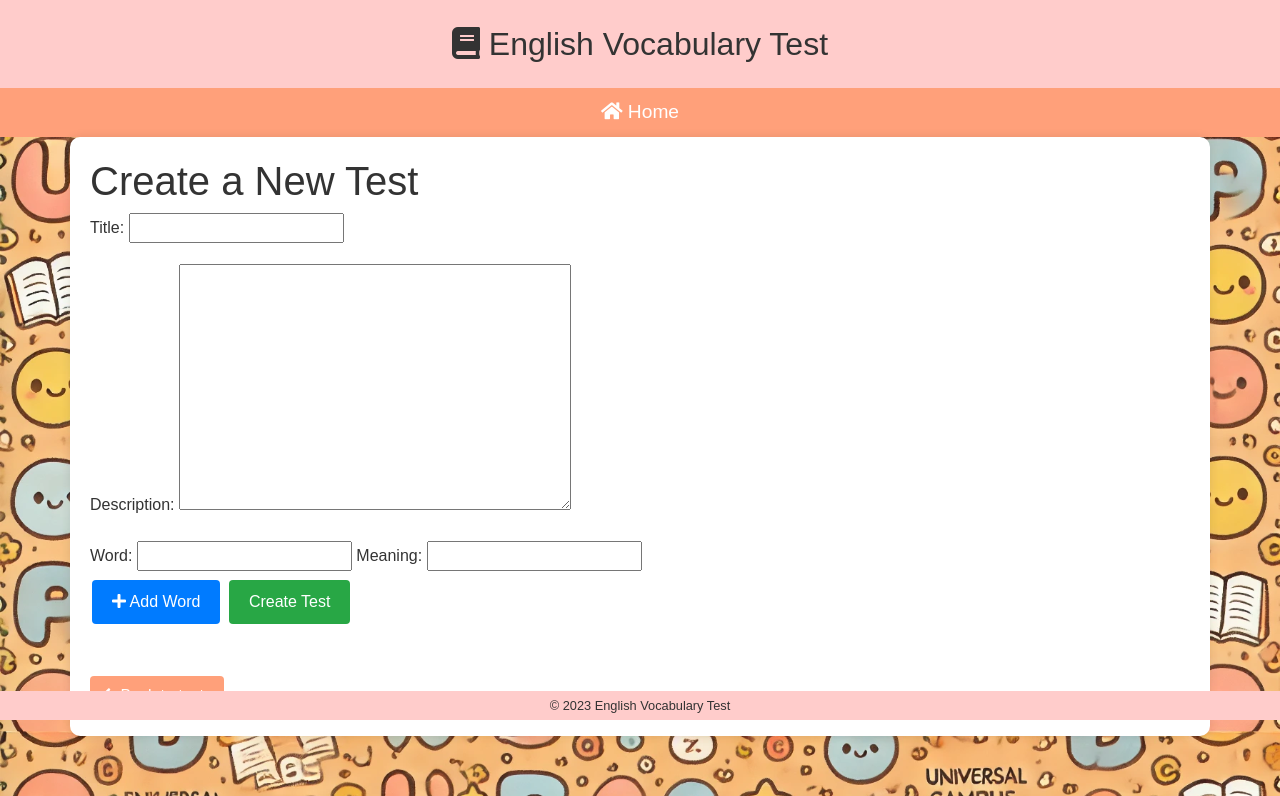
Repository: YamatoGH/testapp
Page: http://localhost/create-test/
An editor plug-in stored every save of this project. The page is shown before and after the next save, followed by the edit.
The browser window is 1280 px wide. The pictures show the whole page.
Backgrounds fixed to the window are drawn as part of the page. The page is served by the project's application, run on Django 5.2 (manage.py). Other server files are loaded and not shown.

Above is the page before, as saved 2024-08-01 14:44:40.

### testapp/templates/testapp/create_test.html
{% extends "testapp/base.html" %}

{% block title %}Create Test{% endblock %}

{% block content %}
<h1>Create a New Test</h1>
{% if messages %}
  <ul class="messages">
    {% for message in messages %}
      <li{% if message.tags %} class="{{ message.tags }}"{% endif %}>{{ message }}</li>
    {% endfor %}
  </ul>
{% endif %}
<form method="post" enctype="multipart/form-data">
    {% csrf_token %}
    {{ form.as_p }}
    <div id="word-forms">
        <input type="hidden" name="words" id="id_words">
        <div class="word-form">
            {{ word_form.word.label_tag }} {{ word_form.word }}
            {{ word_form.meaning.label_tag }} {{ word_form.meaning }}
        </div>
    </div>
    <button type="button" id="add-word" class="btn btn-add-words"><i class="fas fa-plus"></i> Add Word</button>
    <button type="submit" class="btn btn-create">Create Test</button>
</form>

<br/>
<br/>
<a href="{% url 'home' %}" class="btn btn-custom"><i class="fas fa-arrow-left"></i> Back to tests</a>

<script>
document.addEventListener('DOMContentLoaded', function() {
    console.log("DOMContentLoaded event fired");

    var formIndex = 1;
    var addButton = document.getElementById('add-word');
    var wordFormsDiv = document.getElementById('word-forms');

    addButton.addEventListener('click', function() {
        console.log("Add Word button clicked");

        var newForm = document.createElement('div');
        newForm.classList.add('word-form');
        newForm.innerHTML = `
            <label for="id_words-${formIndex}-word">Word:</label>
            <input type="text" name="words-${formIndex}-word" maxlength="100" required id="id_words-${formIndex}-word">
            <label for="id_words-${formIndex}-meaning">Meaning:</label>
            <input type="text" name="words-${formIndex}-meaning" maxlength="255" required id="id_words-${formIndex}-meaning">
            <button type="button" class="btn btn-danger remove-word"><i class="fas fa-minus"></i> Remove</button>
        `;
        wordFormsDiv.appendChild(newForm);
        formIndex++;

        newForm.querySelector('.remove-word').addEventListener('click', function() {
            newForm.remove();
        });
    });

    document.querySelector('form').addEventListener('submit', function(event) {
        console.log("Form submit event fired");

        var wordsData = [];
        document.querySelectorAll('.word-form').forEach(function(form) {
            var wordInput = form.querySelector('input[name^="words-"][name$="-word"]');
            var meaningInput = form.querySelector('input[name^="words-"][name$="-meaning"]');
            if (wordInput && meaningInput) {
                var word = wordInput.value;
                var meaning = meaningInput.value;
                if (word && meaning) {
                    wordsData.push(word + ':' + meaning);
                    console.log("Word added to wordsData:", word, meaning); // デバッグ用
                }
            }
        });
        var wordsField = document.getElementById('id_words');
        wordsField.value = wordsData.join(',');
        console.log("Words data to be submitted:", wordsField.value);
    });
});
</script>
{% endblock %}

### testapp/templates/testapp/base.html
<!DOCTYPE html>
<html>
<head>
    {% load static %}
    <title>{% block title %}English Vocabulary Test{% endblock %}</title>
    <link rel="stylesheet" href="https://stackpath.bootstrapcdn.com/bootstrap/4.3.1/css/bootstrap.min.css">
    <link rel="stylesheet" href="https://cdnjs.cloudflare.com/ajax/libs/font-awesome/5.15.3/css/all.min.css">
    <link rel="stylesheet" type="text/css" href="{% static 'testapp/css/style.css' %}">
</head>
<body>
    <header>
        <i class="fas fa-book"></i> English Vocabulary Test
    </header>
    <nav>
        <a href="{% url 'home' %}"><i class="fas fa-home"></i> Home</a>
    </nav>
    <div class="container">
        {% block content %}{% endblock %}
    </div>
    <footer>
        &copy; 2023 English Vocabulary Test
    </footer>
</body>
<script>
    document.addEventListener("DOMContentLoaded", function() {
        var coll = document.getElementsByClassName("collapsible");
        for (var i = 0; i < coll.length; i++) {
            coll[i].addEventListener("click", function() {
                this.classList.toggle("active");
                var content = this.nextElementSibling;
                if (content.style.display === "block") {
                    content.style.display = "none";
                } else {
                    content.style.display = "block";
                }
            });
        }
    });
</script>
</html>

### testapp/forms.py
from django import forms
from .models import Test, Word, Group
from .models import Student

class WordForm(forms.Form):
    word = forms.CharField(max_length=100, label='Word')
    meaning = forms.CharField(max_length=255, label='Meaning')

class TestForm(forms.ModelForm):
    class Meta:
        model = Test
        fields = ['title', 'description']
class UploadFileForm(forms.Form):
    file = forms.FileField()
    title = forms.CharField(max_length=100)
    description = forms.CharField(widget=forms.Textarea)
    group = forms.ModelChoiceField(queryset=Group.objects.all(), required=False)

class StudentForm(forms.ModelForm):
    class Meta:
        model = Student
        fields = ['name']

class StudentDetailForm(forms.ModelForm):
    class Meta:
        model = Student
        fields = ['name', 'test_group', 'current_test', 'start_index', 'last_index', 'note', 'shuffle']  # shuffleを追加

    shuffle = forms.ChoiceField(
        choices=[('yes', 'Yes'), ('no', 'No')],
        label='Shuffle words',
        initial='no',
        widget=forms.Select(),
        required=True
    )

### testapp/models.py
from django.db import models

class Word(models.Model):
    word = models.CharField(max_length=100)
    meaning = models.CharField(max_length=255)

    def __str__(self):
        return self.word

class Group(models.Model):
    name = models.CharField(max_length=100)

    def __str__(self):
        return self.name

class Test(models.Model):
    title = models.CharField(max_length=100)
    description = models.TextField()
    words = models.ManyToManyField(Word, blank=True)
    group = models.ForeignKey(Group, related_name='tests', on_delete=models.CASCADE, null=True, blank=True)
    file = models.FileField(upload_to='test_files/', null=True, blank=True)

    def __str__(self):
        return self.title

class Student(models.Model):
    name = models.CharField(max_length=100)
    test_group = models.ForeignKey('Group', on_delete=models.SET_NULL, null=True, blank=True)
    current_test = models.ForeignKey('Test', on_delete=models.SET_NULL, null=True, blank=True)
    start_index = models.IntegerField(default=0)
    last_index = models.IntegerField(default=0)
    last_saved = models.DateTimeField(auto_now=True)
    note = models.TextField(blank=True, null=True)
    shuffle = models.CharField(max_length=3, choices=[('yes', 'Yes'), ('no', 'No')], default='no')

    def __str__(self):
        return self.name

### testapp/views.py
import pandas as pd
from django.shortcuts import render, get_object_or_404, redirect
from django.contrib import messages
from .models import Test, Word, Student, Group
from .forms import TestForm, WordForm, StudentDetailForm, UploadFileForm

import csv
import io
import random

def home(request):
    groups = Group.objects.all()
    return render(request, 'testapp/home.html', {'groups': groups})

def create_test(request):
    print("create_test view called")  # デバッグ用
    if request.method == 'POST':
        print("POST request received")  # デバッグ用
        form = TestForm(request.POST, request.FILES)
        if form.is_valid():
            print("Form is valid")  # デバッグ用
            test = form.save(commit=False)
            if 'file' in request.FILES:
                test.file = request.FILES['file']
            test.save()
            print("Test saved:", test)  # デバッグ用

            # 手動で追加された単語を処理
            words_data = request.POST.get('words')
            print("Words data received:", words_data)  # デバッグ用
            if words_data:
                words_list = words_data.split(',')
                for word_pair in words_list:
                    if word_pair:
                        try:
                            word, meaning = word_pair.split(':')
                            print(f"Processing word: {word}, meaning: {meaning}")  # デバッグ用
                            word_obj, created = Word.objects.get_or_create(word=word.strip(), meaning=meaning.strip())
                            test.words.add(word_obj)
                            print(f"Added word: {word}, meaning: {meaning}")  # デバッグ用
                        except ValueError:
                            messages.error(request, f"Error processing word pair: {word_pair}")
                            print(f"Error processing word pair: {word_pair}")  # デバッグ用

            # ファイルから追加された単語を処理
            if 'file' in request.FILES:
                file = request.FILES['file']
                file_data = file.read().decode("utf-8")
                io_string = io.StringIO(file_data)
                reader = csv.reader(io_string, delimiter=',')
                for row in reader:
                    if len(row) >= 2:
                        word, meaning = row[0], row[1]
                        print(f"Processing word from file: {word}, meaning: {meaning}")  # デバッグ用
                        word_obj, created = Word.objects.get_or_create(word=word.strip(), meaning=meaning.strip())
                        test.words.add(word_obj)
                        print(f"Added word from file: {word}, meaning: {meaning}")  # デバッグ用

            return redirect('test_detail', pk=test.pk)
        else:
            messages.error(request, "Form is not valid")
            print(form.errors)  # デバッグ用
    else:
        form = TestForm()
        word_form = WordForm()
    return render(request, 'testapp/create_test.html', {'form': form, 'word_form': word_form})

def test_detail(request, pk):
    test = get_object_or_404(Test, pk=pk)
    words = test.words.all()
    return render(request, 'testapp/test_detail.html', {'test': test, 'words': words})

def all_tests(request):
    tests = Test.objects.all()
    return render(request, 'testapp/all_tests.html', {'tests': tests})

def print_test(request, pk, start_index, end_index, shuffle):
    test = get_object_or_404(Test, pk=pk)
    words = list(test.words.all())
    if shuffle == 'yes':
        random.shuffle(words)
    words = words[start_index:end_index]
    return render(request, 'testapp/print_test.html', {'test': test, 'words': words})

def print_test_with_answers(request, pk, start_index, end_index, shuffle):
    test = get_object_or_404(Test, pk=pk)
    words = list(test.words.all())
    if shuffle == 'yes':
        random.shuffle(words)
    words = words[start_index:end_index]
    return render(request, 'testapp/print_test_with_answers.html', {'test': test, 'words': words})

def add_student(request):
    if request.method == 'POST':
        form = StudentDetailForm(request.POST)
        if form.is_valid():
            form.save()
            return redirect('student_list')
        else:
            messages.error(request, "Form is not valid")
    else:
        form = StudentDetailForm()
    return render(request, 'testapp/add_student.html', {'form': form})

def student_list(request):
    students = Student.objects.all()
    return render(request, 'testapp/student_list.html', {'students': students})

def student_detail(request, pk):
    student = get_object_or_404(Student, pk=pk)
    if request.method == 'POST':
        form = StudentDetailForm(request.POST, instance=student)
        if form.is_valid():
            form.save()
            messages.success(request, '保存に成功しました。')
            if 'print' in request.POST:
                return redirect('print_test', pk=student.current_test.pk, start_index=form.cleaned_data['start_index'], end_index=form.cleaned_data['last_index'], shuffle=form.cleaned_data['shuffle'])
            else:
                return redirect('student_detail', pk=student.pk)
        else:
            messages.error(request, "Form is not valid")
            print(form.errors)  # デバッグ用
    else:
        form = StudentDetailForm(instance=student)

    return render(request, 'testapp/student_detail.html', {'form': form, 'student': student})

def group_tests(request, pk):
    group = get_object_or_404(Group, pk=pk)
    tests = group.tests.all()
    return render(request, 'testapp/group_tests.html', {'group': group, 'tests': tests})

def handle_uploaded_file(f):
    if f.name.endswith('.csv'):
        df = pd.read_csv(f)
    elif f.name.endswith('.xlsx'):
        df = pd.read_excel(f)
    else:
        raise ValueError("Unsupported file format")
    return df

def create_test_from_file(request):
    if request.method == 'POST':
        form = UploadFileForm(request.POST, request.FILES)
        if form.is_valid():
            df = handle_uploaded_file(request.FILES['file'])
            title = form.cleaned_data['title']
            description = form.cleaned_data['description']
            group = form.cleaned_data['group']
            test = Test.objects.create(title=title, description=description, group=group)

            for _, row in df.iterrows():
                word, created = Word.objects.get_or_create(word=row['word'], defaults={'meaning': row['meaning']})
                test.words.add(word)

            return redirect('quiz:home')
    else:
        form = UploadFileForm()
    return render(request, 'quiz/create_test_from_file.html', {'form': form})

### vocab_test/urls.py
"""
URL configuration for vocab_test project.

The `urlpatterns` list routes URLs to views. For more information please see:
    https://docs.djangoproject.com/en/5.0/topics/http/urls/
Examples:
Function views
    1. Add an import:  from my_app import views
    2. Add a URL to urlpatterns:  path('', views.home, name='home')
Class-based views
    1. Add an import:  from other_app.views import Home
    2. Add a URL to urlpatterns:  path('', Home.as_view(), name='home')
Including another URLconf
    1. Import the include() function: from django.urls import include, path
    2. Add a URL to urlpatterns:  path('blog/', include('blog.urls'))
"""
from django.contrib import admin
from django.urls import include, path
from django.conf import settings
from django.conf.urls.static import static

urlpatterns = [
    path('admin/', admin.site.urls),
    path('', include('testapp.urls')),
]+ static(settings.MEDIA_URL, document_root=settings.MEDIA_ROOT)

### testapp/urls.py
from django.urls import path
from . import views

urlpatterns = [
    path('', views.home, name='home'),
    path('create-test/', views.create_test, name='create_test'),  # 追加
    path('create_from_file/', views.create_test_from_file, name='create_test_from_file'),
    path('test/<int:pk>/', views.test_detail, name='test_detail'),
    path('all-tests/', views.all_tests, name='all_tests'),
    path('print-test/<int:pk>/<int:start_index>/<int:end_index>/<str:shuffle>/', views.print_test, name='print_test'),
    path('print-test-with-answers/<int:pk>/<int:start_index>/<int:end_index>/<str:shuffle>/', views.print_test_with_answers, name='print_test_with_answers'),
    path('add-student/', views.add_student, name='add_student'),
    path('students/', views.student_list, name='student_list'),
    path('students/<int:pk>/', views.student_detail, name='student_detail'),
    path('group-tests/<int:pk>/', views.group_tests, name='group_tests'),
]

### testapp/static/testapp/css/style.css
body {
    font-family: 'Comic Sans MS', cursive, sans-serif;
    background-color: #f0f8ff;
    color: #333;
    margin: 0;
    padding: 0;
    background-image: url('/static/testapp/images/background.jpg');
    background-size: cover;
    background-repeat: no-repeat;
    background-attachment: fixed;
    display: flex;
    flex-direction: column;
    min-height: 100vh;
}

header {
    background-color: #ffcccb;
    padding: 20px;
    text-align: center;
    font-size: 2em;
    color: #333;
}

nav {
    background-color: #ffa07a;
    padding: 10px;
    text-align: center;
}

nav a {
    margin: 0 15px;
    color: #fff;
    text-decoration: none;
    font-size: 1.2em;
}

nav a:hover {
    text-decoration: underline;
}

.container {
    flex: 1;
    padding: 20px;
    background-color: rgba(255, 255, 255, 1.0);
    border-radius: 10px;
    box-shadow: 0 0 10px rgba(0, 0, 0, 0.1);
    margin-bottom: 60px;
}

footer {
    background-color: #ffcccb;
    padding: 5px;
    text-align: center;
    font-size: 0.8em;
    position: fixed;
    width: 100%;
    bottom: 0;
}

form .btn-save {
    background-color: #28a745 !important;
    color: white !important;
    padding: 10px 20px !important;
    border: none !important;
    text-align: center !important;
    text-decoration: none !important;
    display: inline-block !important;
    font-size: 16px !important;
    margin: 4px 2px !important;
    transition-duration: 0.4s !important;
    cursor: pointer !important;
}

form .btn-save:hover {
    background-color: white !important;
    color: black !important;
    border: 2px solid #28a745 !important;
}

form .btn-print {
    background-color: #87CEEB !important;
    color: white !important;
    padding: 10px 20px !important;
    border: none !important;
    text-align: center !important;
    text-decoration: none !important;
    display: inline-block !important;
    font-size: 16px !important;
    margin: 4px 2px !important;
    transition-duration: 0.4s !important;
    cursor: pointer !important;
}

form .btn-print:hover {
    background-color: white !important;
    color: black !important;
    border: 2px solid #87CEEB !important;
}

.btn-custom {
    background-color: #ffa07a !important;
    color: white !important;
    padding: 8px 12px !important;
    border: none !important;
    text-align: center !important;
    text-decoration: none !important;
    display: inline-block !important;
    font-size: 16px !important;
    margin: 0 !important;
    transition-duration: 0.4s !important;
    cursor: pointer !important;
    border-radius: 0.25rem !important; /* Bootstrapのデフォルトと一致させる */
}

.btn-custom:hover {
    background-color: white !important;
    color: black !important;
    border: 2px solid #ffa07a !important;
}


.collapsible {
    cursor: pointer;
    padding: 10px;
    width: 100%;
    border: none;
    text-align: center;
    outline: none;
    font-size: 1em;
}

.active, .collapsible:hover {
    background-color: #ddd;
}

.collapsible-content {
    display: none;
    overflow: hidden;
    padding: 0 10px;
}

.fixed-buttons {
    position: fixed !important;
    bottom: 29px !important;
    right: 0px !important;
    display: flex !important;
    flex-direction: row !important;
    gap: 0 !important;
    align-items: center !important;
    z-index: 1000 !important;
    padding: 0 !important;
}

.fixed-buttons .btn-custom {
    background-color: #007bff !important;
    color: white !important;
    padding: 8px 12px !important;
    border-radius: 5px !important;
    text-decoration: none !important;
    box-shadow: 0 2px 5px rgba(0,0,0,0.2) !important;
    transition: background-color 0.3s ease !important;
}

.fixed-buttons .btn-custom:hover {
    background-color: #0056b3 !important;
}

.view-all-students-button,
.all-tests-button,
.create-test-button {
    margin: 0 !important;
}

.form-group {
    display: flex !important;
    align-items: center !important;
}

.form-group button,
.form-group .btn-custom {
    margin-left: 10px !important;
}

.note-field {
    width: 100%;
    max-width: 400px; /* 必要に応じて調整 */
    height: 50px;
}

.alert {
    position: fixed;
    bottom: 5px;
    left: 50%;
    transform: translateX(-50%);
    background-color: #28a745;
    color: white;
    padding: 10px 20px;
    border-radius: 5px;
    box-shadow: 0 2px 5px rgba(0, 0, 0, 0.2);
    z-index: 1000;
    transition: opacity 0.5s ease-out, display 0.5s ease-out;
}

.btn-create {
    background-color: #28a745; /* Green color */
    border: none;
    color: white;
    padding: 10px 20px;
    text-align: center;
    text-decoration: none;
    display: inline-block;
    font-size: 16px;
    margin: 4px 2px;
    transition-duration: 0.4s;
    cursor: pointer;
}

.btn-create:hover {
    background-color: #218838; /* Darker green */
    color: white;
    border: 2px solid #218838;
}

.btn-add-words {
    background-color: #007bff; /* Light blue color */
    border: none;
    color: white;
    padding: 10px 20px;
    text-align: center;
    text-decoration: none;
    display: inline-block;
    font-size: 16px;
    margin: 4px 2px;
    transition-duration: 0.4s;
    cursor: pointer;
}

.btn-add-words:hover {
    background-color: #0056b3; /* Darker blue */
    color: white;
    border: 2px solid #0056b3;
}

After the next save:
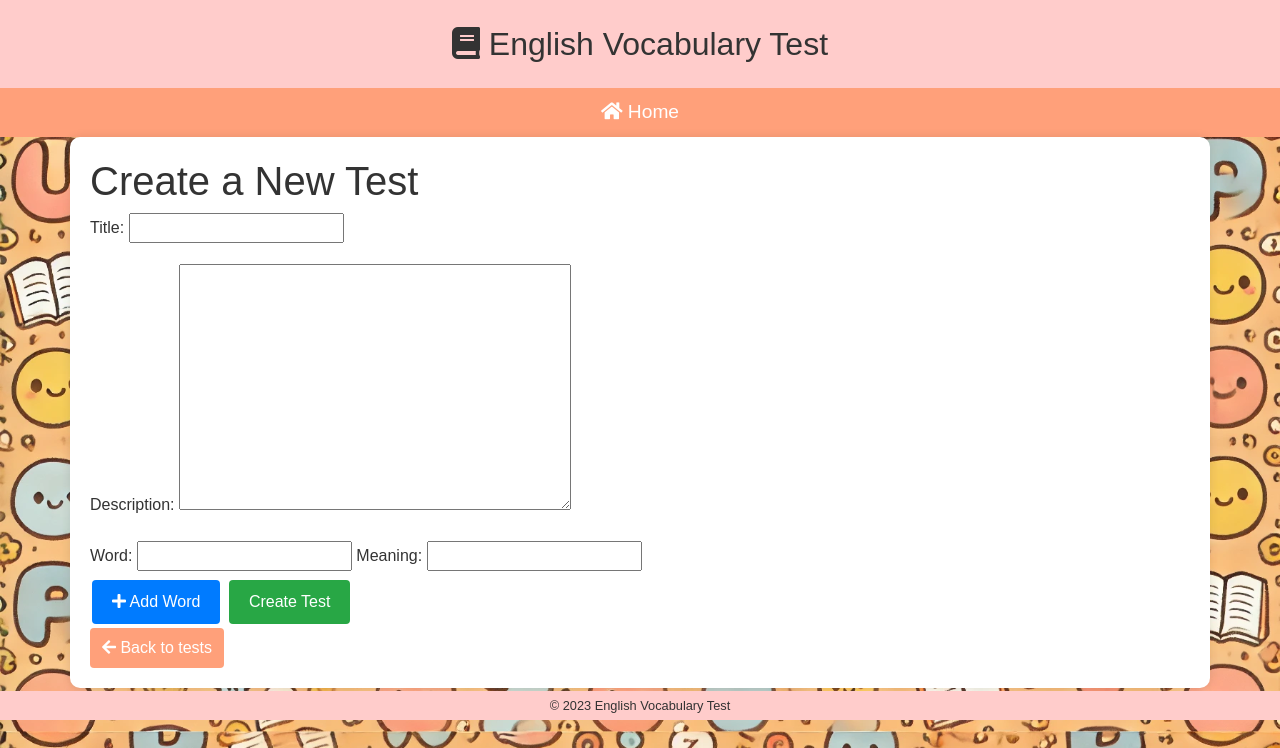
Saved 75 s later.
--- a/testapp/templates/testapp/create_test.html
+++ b/testapp/templates/testapp/create_test.html
@@ -4,18 +4,10 @@
 
 {% block content %}
 <h1>Create a New Test</h1>
-{% if messages %}
-  <ul class="messages">
-    {% for message in messages %}
-      <li{% if message.tags %} class="{{ message.tags }}"{% endif %}>{{ message }}</li>
-    {% endfor %}
-  </ul>
-{% endif %}
 <form method="post" enctype="multipart/form-data">
     {% csrf_token %}
     {{ form.as_p }}
     <div id="word-forms">
-        <input type="hidden" name="words" id="id_words">
         <div class="word-form">
             {{ word_form.word.label_tag }} {{ word_form.word }}
             {{ word_form.meaning.label_tag }} {{ word_form.meaning }}
@@ -24,23 +16,16 @@
     <button type="button" id="add-word" class="btn btn-add-words"><i class="fas fa-plus"></i> Add Word</button>
     <button type="submit" class="btn btn-create">Create Test</button>
 </form>
-
-<br/>
-<br/>
 <a href="{% url 'home' %}" class="btn btn-custom"><i class="fas fa-arrow-left"></i> Back to tests</a>
 
 <script>
 document.addEventListener('DOMContentLoaded', function() {
-    console.log("DOMContentLoaded event fired");
-
-    var formIndex = 1;
-    var addButton = document.getElementById('add-word');
-    var wordFormsDiv = document.getElementById('word-forms');
+    let formIndex = 1;
+    const addButton = document.getElementById('add-word');
+    const wordFormsDiv = document.getElementById('word-forms');
 
     addButton.addEventListener('click', function() {
-        console.log("Add Word button clicked");
-
-        var newForm = document.createElement('div');
+        const newForm = document.createElement('div');
         newForm.classList.add('word-form');
         newForm.innerHTML = `
             <label for="id_words-${formIndex}-word">Word:</label>
@@ -58,24 +43,20 @@ document.addEventListener('DOMContentLoaded', function() {
     });
 
     document.querySelector('form').addEventListener('submit', function(event) {
-        console.log("Form submit event fired");
-
-        var wordsData = [];
+        const wordsData = [];
         document.querySelectorAll('.word-form').forEach(function(form) {
-            var wordInput = form.querySelector('input[name^="words-"][name$="-word"]');
-            var meaningInput = form.querySelector('input[name^="words-"][name$="-meaning"]');
+            const wordInput = form.querySelector('input[name^="words-"][name$="-word"]');
+            const meaningInput = form.querySelector('input[name^="words-"][name$="-meaning"]');
             if (wordInput && meaningInput) {
-                var word = wordInput.value;
-                var meaning = meaningInput.value;
+                const word = wordInput.value;
+                const meaning = meaningInput.value;
                 if (word && meaning) {
                     wordsData.push(word + ':' + meaning);
-                    console.log("Word added to wordsData:", word, meaning); // デバッグ用
                 }
             }
         });
-        var wordsField = document.getElementById('id_words');
+        const wordsField = document.getElementById('id_words');
         wordsField.value = wordsData.join(',');
-        console.log("Words data to be submitted:", wordsField.value);
     });
 });
 </script>
